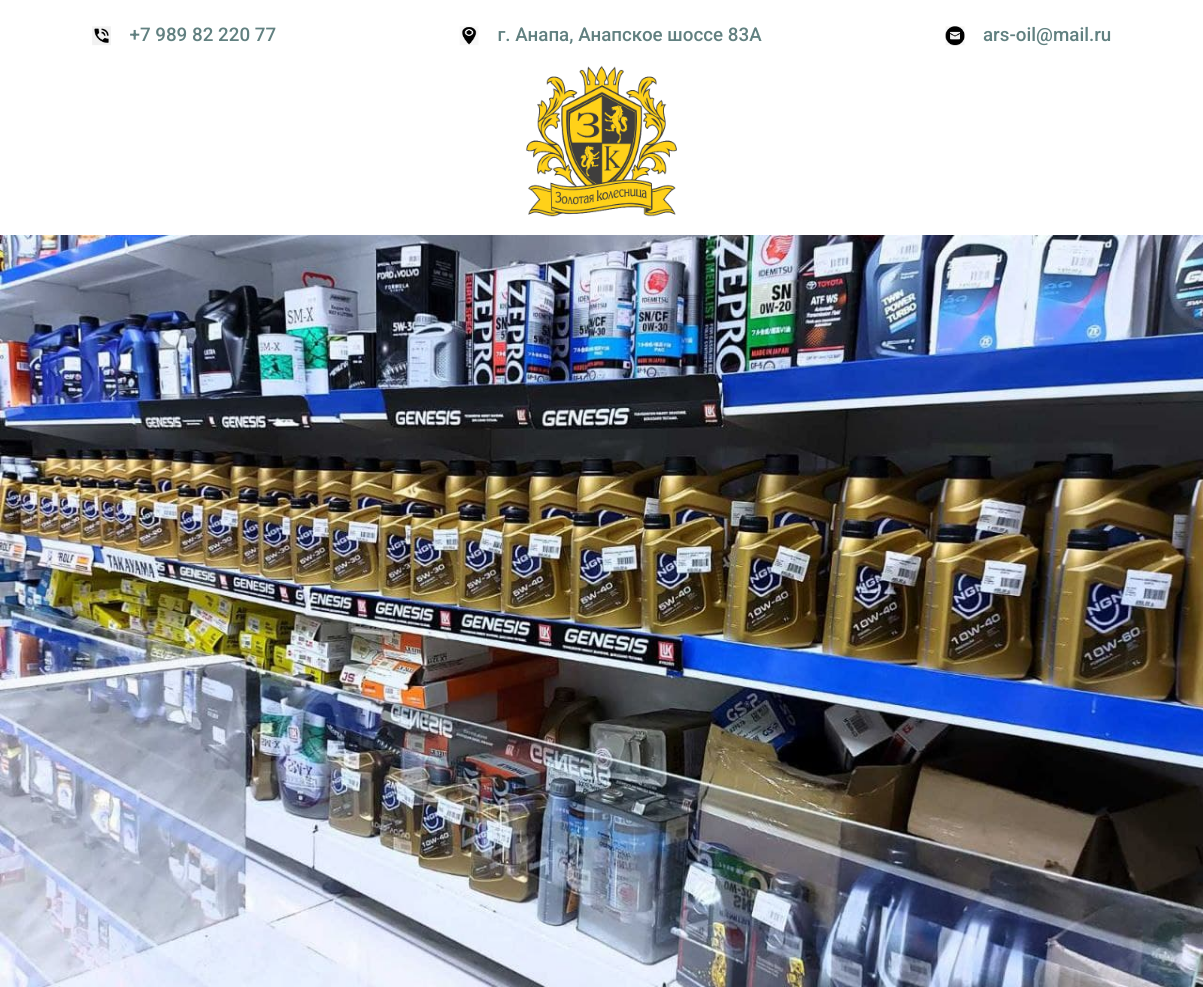
Repository: Vahe4836/new-project--Vahe
Page: /
The author's editor kept a copy of each file at every save. The page is drawn from the files as they stood at one save, then again after a run of saves.
The browser window is 1280 px wide. The pictures show the whole page, at 94% of full size.
The project was rebuilt for these pictures with package versions that can differ from the ones it lists, and the page was loaded fresh each time.

Above is the page before, as saved 2022-02-25 15:09:21.

After the next 4 saves:
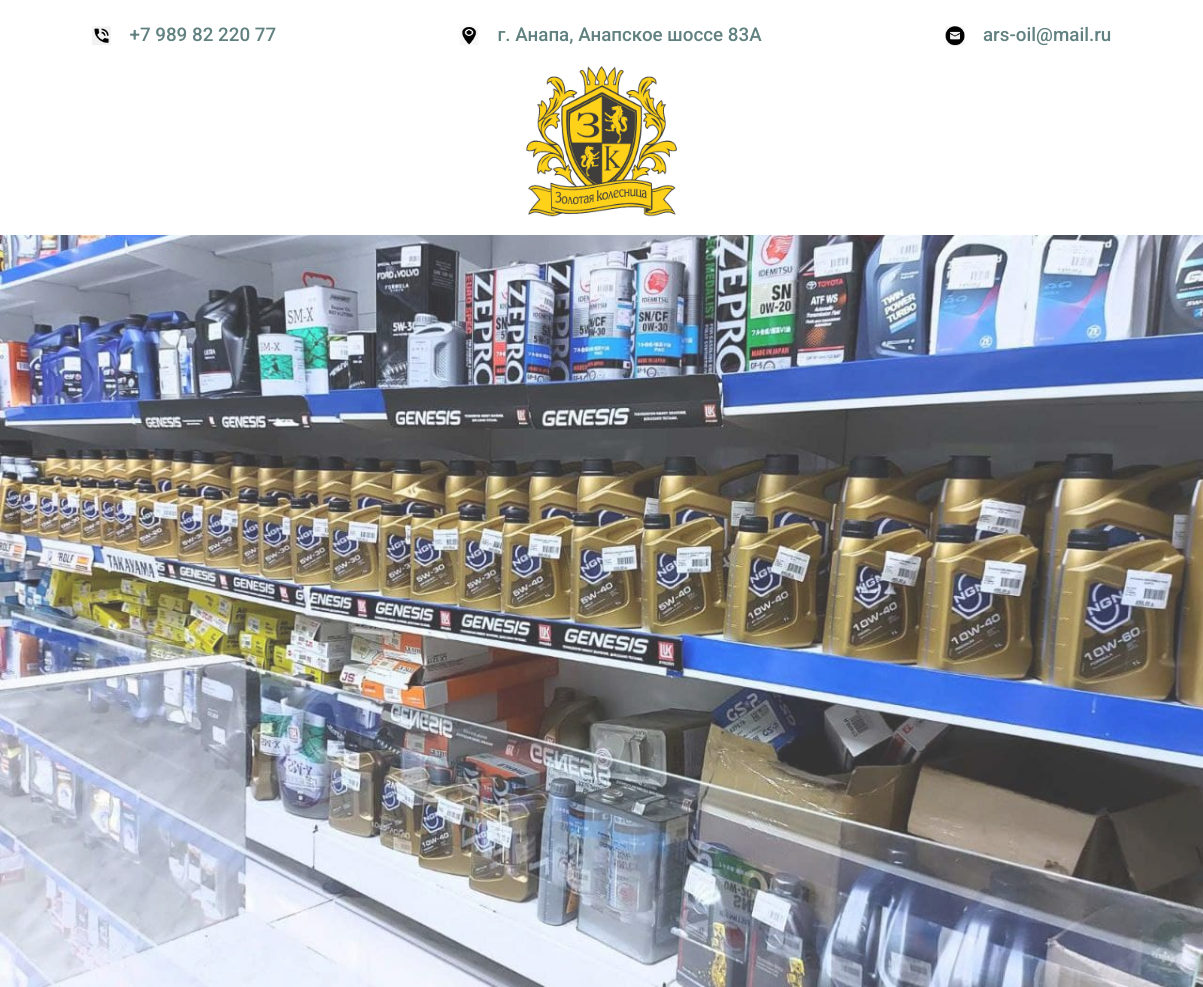
The 4 saves are shown as one change because they came seconds apart.
The last was saved 35 s later.
--- a/src/Layouts/Header/Header.module.scss
+++ b/src/Layouts/Header/Header.module.scss
@@ -5,15 +5,7 @@
 *{
     font-family: $ffamily;
 }
-.Main{
-    width: 100%;
-    min-height: 800px;
-    background-image: url("../../Images/background.jpg");
-    background-position: center;
-    background-repeat: no-repeat;
-    background-size: cover;
 
-}
 .adressbox{
     width: 100%;
     height: 70px;
@@ -49,3 +41,14 @@
     justify-content: center;
     opacity: 0.9 !important;
 }
+
+.Main{
+    width: 100%;
+    min-height: 800px;
+    background-image: url("../../Images/background.jpg");
+    background-position: center;
+    background-repeat: no-repeat;
+    background-size: cover;
+    opacity: 0.8;
+
+}
